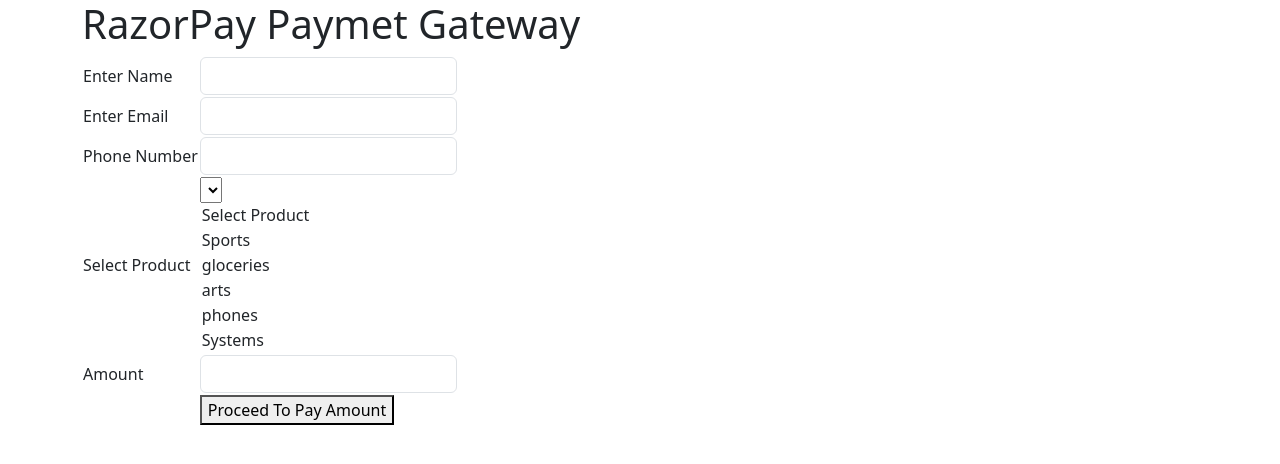
Repository: PraveenKodekal/razorpayGateway
Page: http://localhost/index
The author's editor kept a copy of each file at every save. The page is drawn from the files as they stood at one save, then again after the next save.
The browser window is 1280 px wide. The pictures show the whole page.
The page is this project's Thymeleaf template; nobody is signed in. The template is opened directly, without the code that normally fills it, so the values that code supplies are empty.

Above is the page before, as saved 2024-06-25 03:30:11.

### Payment-GatteWay/src/main/resources/templates/index.html
<!doctype html>
<html lang="en">

<head>
	<meta charset="utf-8">
	<meta name="viewport" content="width=device-width, initial-scale=1">
	<title>Bootstrap demo</title>
	<link href="https://cdn.jsdelivr.net/npm/bootstrap@5.3.3/dist/css/bootstrap.min.css" rel="stylesheet"
		integrity="sha384-QWTKZyjpPEjISv5WaRU9OFeRpok6YctnYmDr5pNlyT2bRjXh0JMhjY6hW+ALEwIH" crossorigin="anonymous">
</head>

<body>
	<div class="container">
		<h1>RazorPay Paymet Gateway</h1>

		<table>
			<tr>
				<td>Enter Name</td>
				<td>
					<input type="text" name="customerName" id="customerName" class="form-control" />
				</td>
			</tr>
			<tr>
				<td>Enter Email</td>
				<td>
					<input typr="email" name="emailId" id="emailId" class="form-control" required />
				</td>
				</td>
			</tr>

			<tr>
				<td>Phone Number</td>
				<td>
					<input typr="number" name="phonNum" id="phonNum" class="form-control" required />
				</td>
				</td>

			</tr>
			<tr>
				<td>Select Product</td>
				<td>
				<select>
					<select class="form-control" name="product" id="product" aria-label="Large select example" required />
					<option selected>Select Product</option>
					<option value="sports">Sports</option>
					<option value="gloceries">gloceries</option>
					<option value="arts">arts</option>
					<option value="phones">phones</option>
					<option value="Systems">Systems</option>
				</select>

				</td>

			</tr>

			<tr>
				<td>Amount</td>
				<td>
					<input type="number" name="amount" id="amount" class="form-control" />
				</td>
			</tr>
			<tr>
				<td></td>
				<td><button id="rrp=buttonl" class="btn-btn-primary">Proceed To Pay Amount</button></td>
			</tr>


		</table>
	</div>

	<script src="https://cdn.jsdelivr.net/npm/bootstrap@5.3.3/dist/js/bootstrap.bundle.min.js"
		integrity="sha384-YvpcrYf0tY3lHB60NNkmXc5s9fDVZLESaAA55NDzOxhy9GkcIdslK1eN7N6jIeHz"
		crossorigin="anonymous"></script>
</body>

</html>

After the next save:
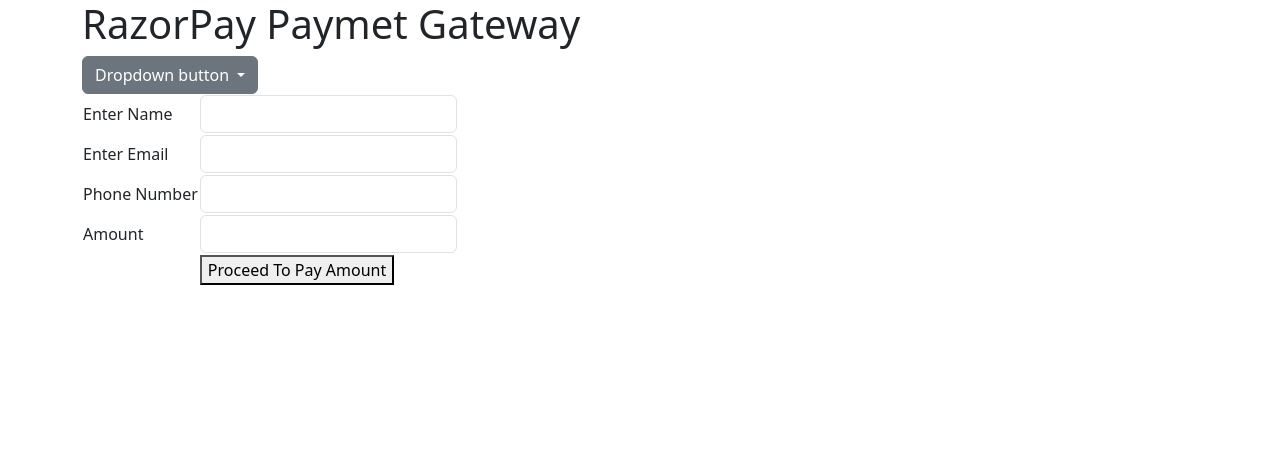
Saved 4 min 47 s later.
--- a/Payment-GatteWay/src/main/resources/templates/index.html
+++ b/Payment-GatteWay/src/main/resources/templates/index.html
@@ -37,20 +37,16 @@
 
 			</tr>
 			<tr>
-				<td>Select Product</td>
-				<td>
-				<select>
-					<select class="form-control" name="product" id="product" aria-label="Large select example" required />
-					<option selected>Select Product</option>
-					<option value="sports">Sports</option>
-					<option value="gloceries">gloceries</option>
-					<option value="arts">arts</option>
-					<option value="phones">phones</option>
-					<option value="Systems">Systems</option>
-				</select>
-
-				</td>
-
+				<div class="dropdown">
+				  <button class="btn btn-secondary dropdown-toggle" type="button" data-bs-toggle="dropdown" aria-expanded="false">
+				    Dropdown button
+				  </button>
+				  <ul class="dropdown-menu">
+				    <li><a class="dropdown-item" href="#">Action</a></li>
+				    <li><a class="dropdown-item" href="#">Another action</a></li>
+				    <li><a class="dropdown-item" href="#">Something else here</a></li>
+				  </ul>
+				</div>
 			</tr>
 
 			<tr>
